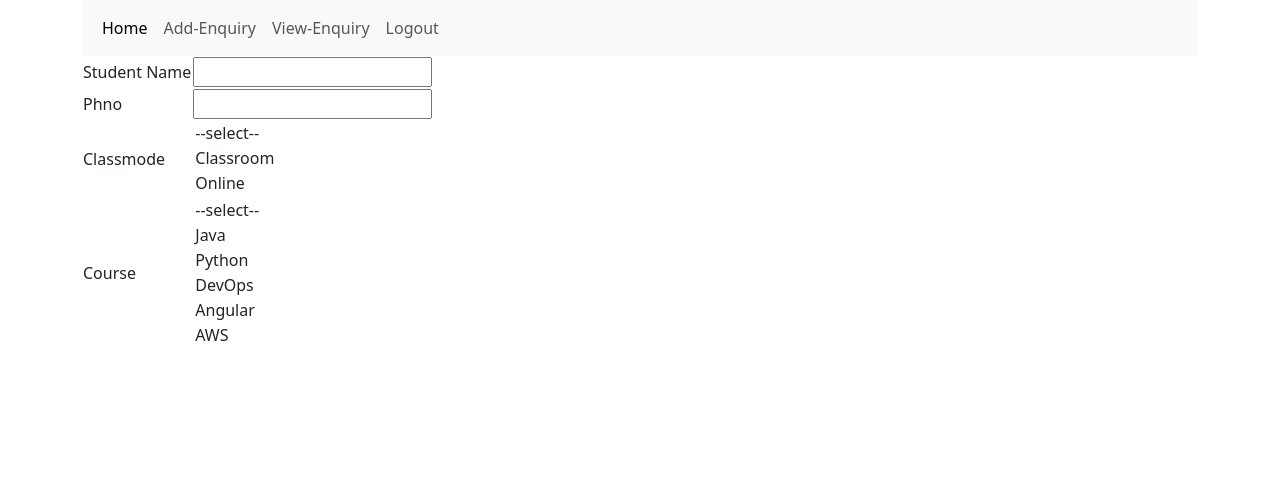
Repository: lakshmi0817/Jrtp_projects
Page: http://localhost/add-enquiry
The author's editor kept a copy of each file at every save. The page is drawn from the files as they stood at one save, then again after the next save.
The browser window is 1280 px wide. The pictures show the whole page.
The page is this project's Thymeleaf template; nobody is signed in. The template is opened directly, without the code that normally fills it, so the values that code supplies are empty.

Above is the page before, as saved 2025-01-02 16:41:19.

### 01_Mini_Project/src/main/resources/templates/add-enquiry.html
<!doctype html>
<html lang="en">
  <head>
    <meta charset="utf-8">
    <meta name="viewport" content="width=device-width, initial-scale=1">
    <title>Add Enquiry</title>
    <link href="https://cdn.jsdelivr.net/npm/bootstrap@5.3.3/dist/css/bootstrap.min.css" rel="stylesheet" integrity="sha384-QWTKZyjpPEjISv5WaRU9OFeRpok6YctnYmDr5pNlyT2bRjXh0JMhjY6hW+ALEwIH" crossorigin="anonymous">
  </head>
  <body>

	<div class = "container">

		<nav class="navbar navbar-expand-lg bg-body-tertiary">
				  <div class="container-fluid">
				    <button class="navbar-toggler" type="button" data-bs-toggle="collapse" data-bs-target="#navbarNav" aria-controls="navbarNav" aria-expanded="false" aria-label="Toggle navigation">
				      <span class="navbar-toggler-icon"></span>
				    </button>
				    <div class="collapse navbar-collapse" id="navbarNav">
				      <ul class="navbar-nav">
				        <li class="nav-item">
				          <a class="nav-link active" aria-current="page" href="dashboard">Home</a>
				        </li>
				        <li class="nav-item">
				          <a class="nav-link" href="#">Add-Enquiry</a>
				        </li>
				        <li class="nav-item">
				          <a class="nav-link" href="#">View-Enquiry</a>
				        </li>
						<li class="nav-item">
						  <a class="nav-link" href="logout">Logout</a>
					    </li>

				      </ul>
				    </div>
				  </div>
				</nav>

		<form th:action = "@{/add-enquiry}" th:object = "${enquiry}" method = "post">

			<table>
				<tr>
					<td>Student Name</td>
					<td><input type = "text" th:field = "${name}" > </td>
				</tr>

				<tr>
					<td>Phno</td>
					<td><input type = "number" th:field = "${phno}" > </td>
				</tr>

				<tr>
					<td>Classmode</td>
					<td>
						<option>--select--</option>
						<option>Classroom</option>
						<option>Online</option>
					</td>

					<tr>
						<td>Course</td>
						<td>
						  <option>--select--</option>
						  <option>Java</option>
						  <option>Python</option>
						  <option>DevOps</option>
						  <option>Angular</option>
						  <option>AWS</option>
						 </td>
				</tr>
			</table>
		</form>


		</div>
    <script src="https://cdn.jsdelivr.net/npm/bootstrap@5.3.3/dist/js/bootstrap.bundle.min.js" integrity="sha384-YvpcrYf0tY3lHB60NNkmXc5s9fDVZLESaAA55NDzOxhy9GkcIdslK1eN7N6jIeHz" crossorigin="anonymous"></script>
  </body>
</html>

After the next save:
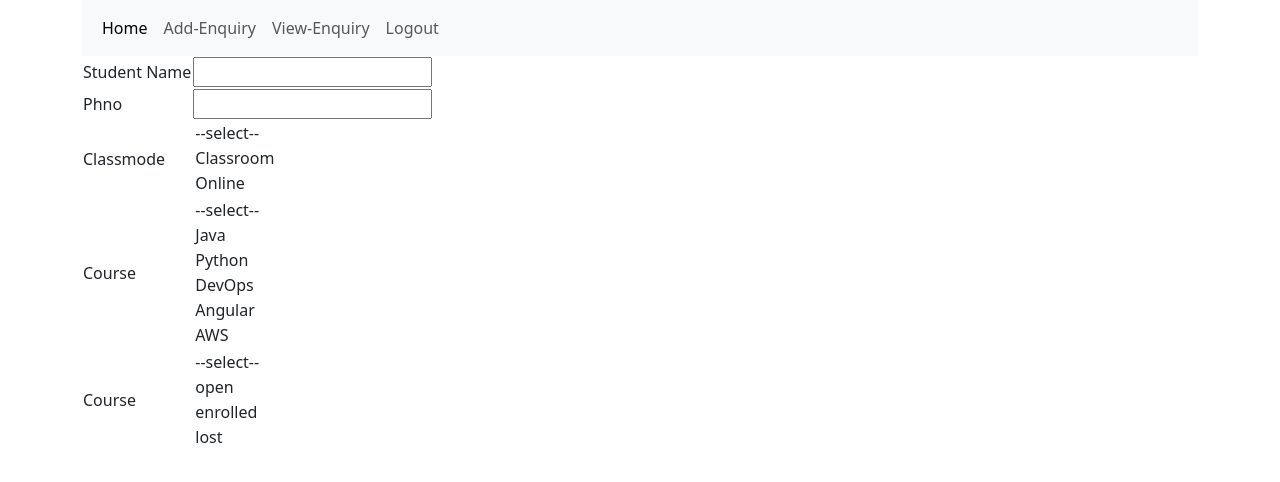
Saved 2 min 13 s later.
--- a/01_Mini_Project/src/main/resources/templates/add-enquiry.html
+++ b/01_Mini_Project/src/main/resources/templates/add-enquiry.html
@@ -67,6 +67,16 @@
 						  <option>AWS</option>
 						 </td>
 				</tr>
+
+				<tr>
+					<td>Course</td>
+					<td>
+				    <option>--select--</option>
+					<option>open</option>
+				    <option>enrolled</option>
+				    <option>lost</option>
+					</td>
+				</tr>
 			</table>
 		</form>
 
